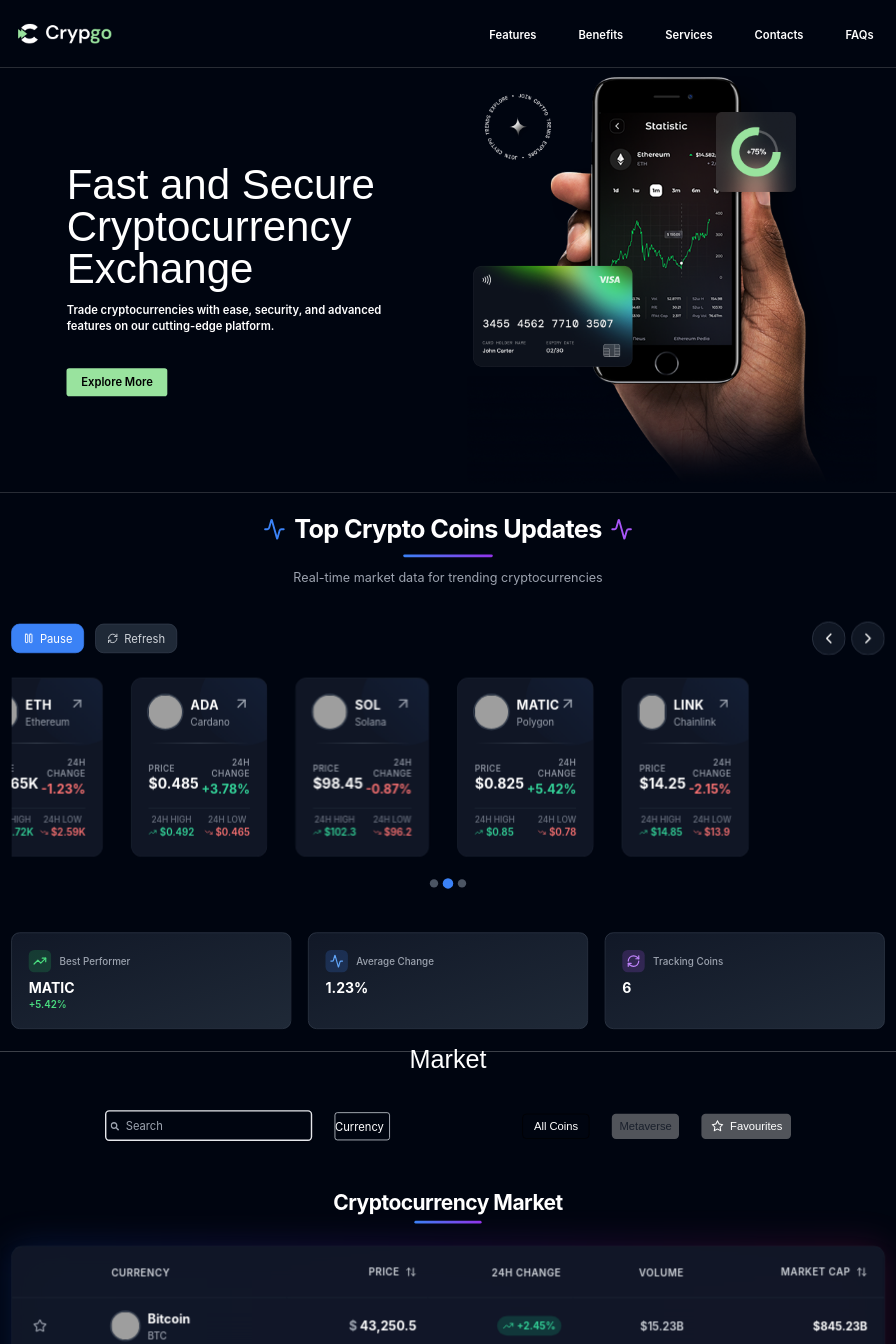
Repository: XaidenLabs/kingpad
Page: /
An editor plug-in stored every save of this project. The page is shown before and after a run of saves, followed by the edit.
The browser window is 1280 px wide. The pictures show the part of the page from y = 0 to 1920 px (the page is 3091 px tall), at 70% of full size.
Pictures or frames that could not be fetched are drawn as grey boxes. The page's requests for data from a server got no answer. The project was rebuilt for these pictures with package versions that can differ from the ones it lists, and the page was loaded fresh each time. The framework's server and built-in components were replaced by stand-ins that run in the browser. No one was signed in, and anything a server would have sent is missing. Also part of the build but not shown: next.config.js, src/styles/HomeComnponent.module.css.

Above is the page before, as saved 2025-09-06 19:29:17.

After the next 3 saves:
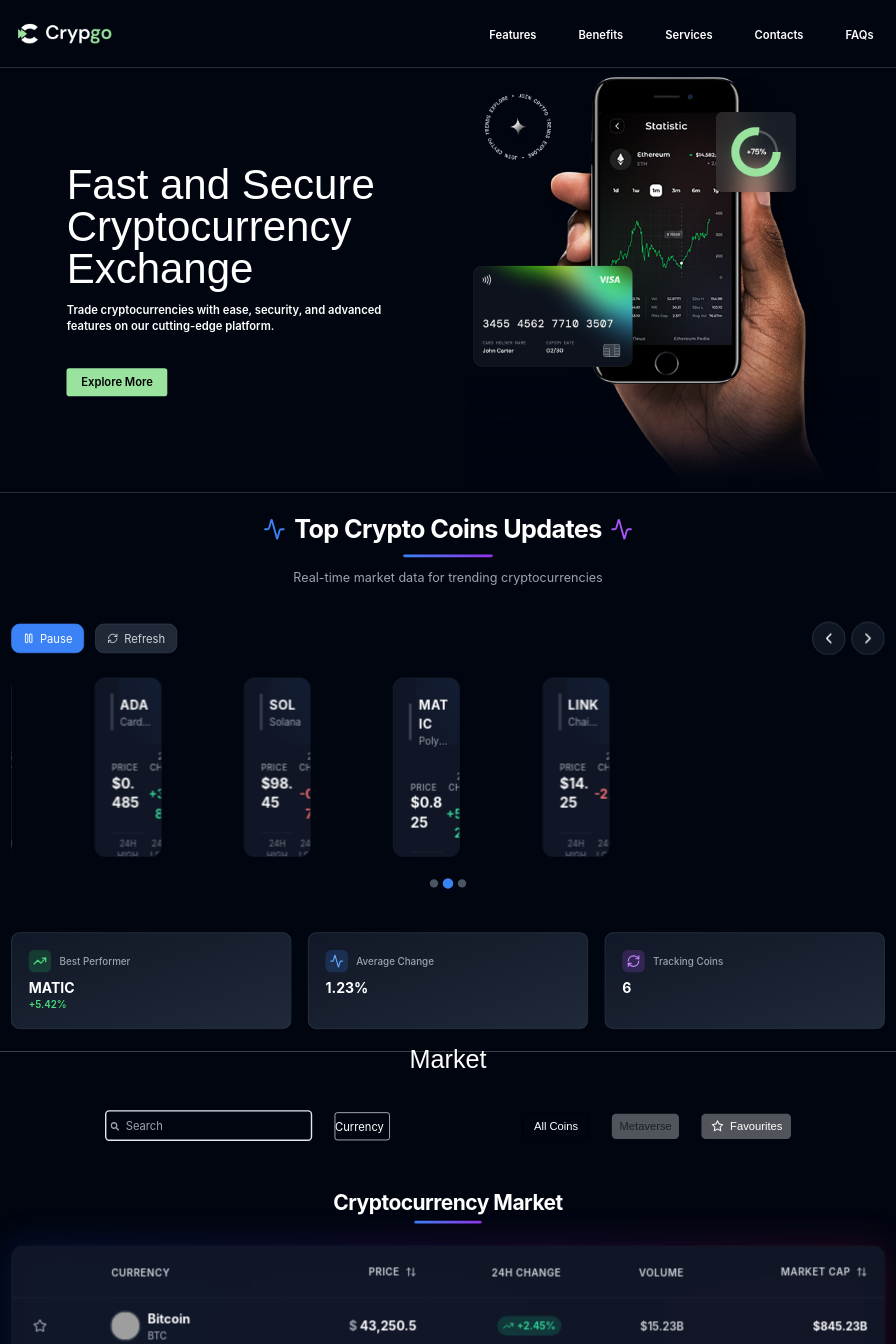
The 3 saves are shown as one change because they came seconds apart.
The last was saved 117 s later.
--- a/src/components/CoinDetailPageComponents/TrendingCoins.tsx
+++ b/src/components/CoinDetailPageComponents/TrendingCoins.tsx
@@ -167,7 +167,7 @@ const TrendingCoins = () => {
         <div className="absolute -inset-1 bg-gradient-to-r from-blue-600 via-purple-600 to-pink-600 rounded-2xl blur opacity-0 group-hover:opacity-75 transition duration-500"></div>
 
         {/* Main card */}
-        <div className="relative bg-gray-900/95 backdrop-blur-xl rounded-2xl border border-gray-800/50 p-6 h-64 flex flex-col justify-between overflow-hidden">
+        <div className="relative w-24 bg-gray-900/95 backdrop-blur-xl rounded-2xl border border-gray-800/50 p-6 h-64 flex flex-col justify-between overflow-hidden">
           {/* Background pattern */}
           <div className="absolute top-0 right-0 w-32 h-32 bg-gradient-to-bl from-blue-500/10 to-transparent rounded-full transform translate-x-8 -translate-y-8"></div>
 
